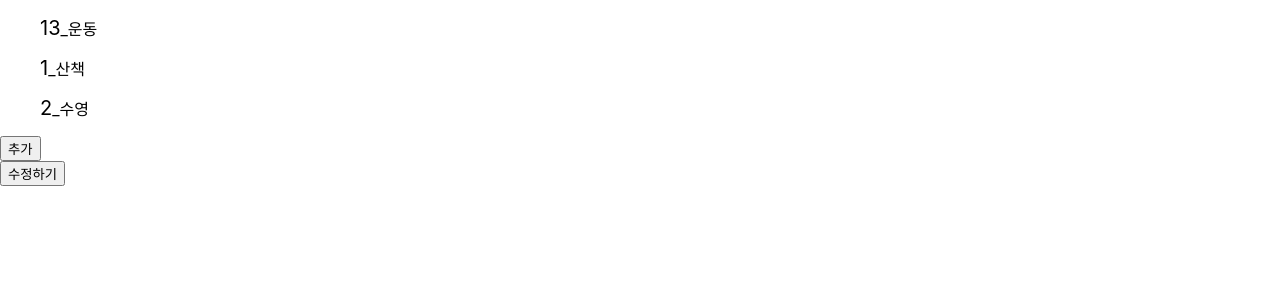
Repository: 0gunkim/REACT-TODO-PRAC
Page: / (app in todo/)
An editor plug-in stored every save of this project. The page is shown before and after the next save, followed by the edit.
The browser window is 1280 px wide. The pictures show the whole page.
The project was rebuilt for these pictures with package versions that can differ from the ones it lists, and the page was loaded fresh each time.

Above is the page before, as saved 2023-01-04 15:07:36.

After the next save:
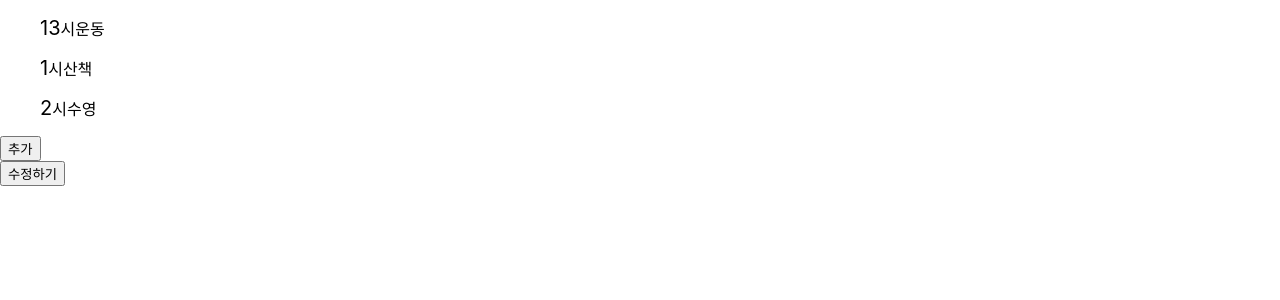
Saved 17 s later.
--- a/todo/src/pages/TodoList.jsx
+++ b/todo/src/pages/TodoList.jsx
@@ -14,7 +14,7 @@ export default function TodoList() {
                 <div key={list.id}>
                     <ul>
                         <STList>
-                            <STTime>{list.time}</STTime><div> _{list.title}</div>
+                            <STTime>{list.time}</STTime><div> 시{list.title}</div>
                         </STList>
                     </ul>
                 </div>
